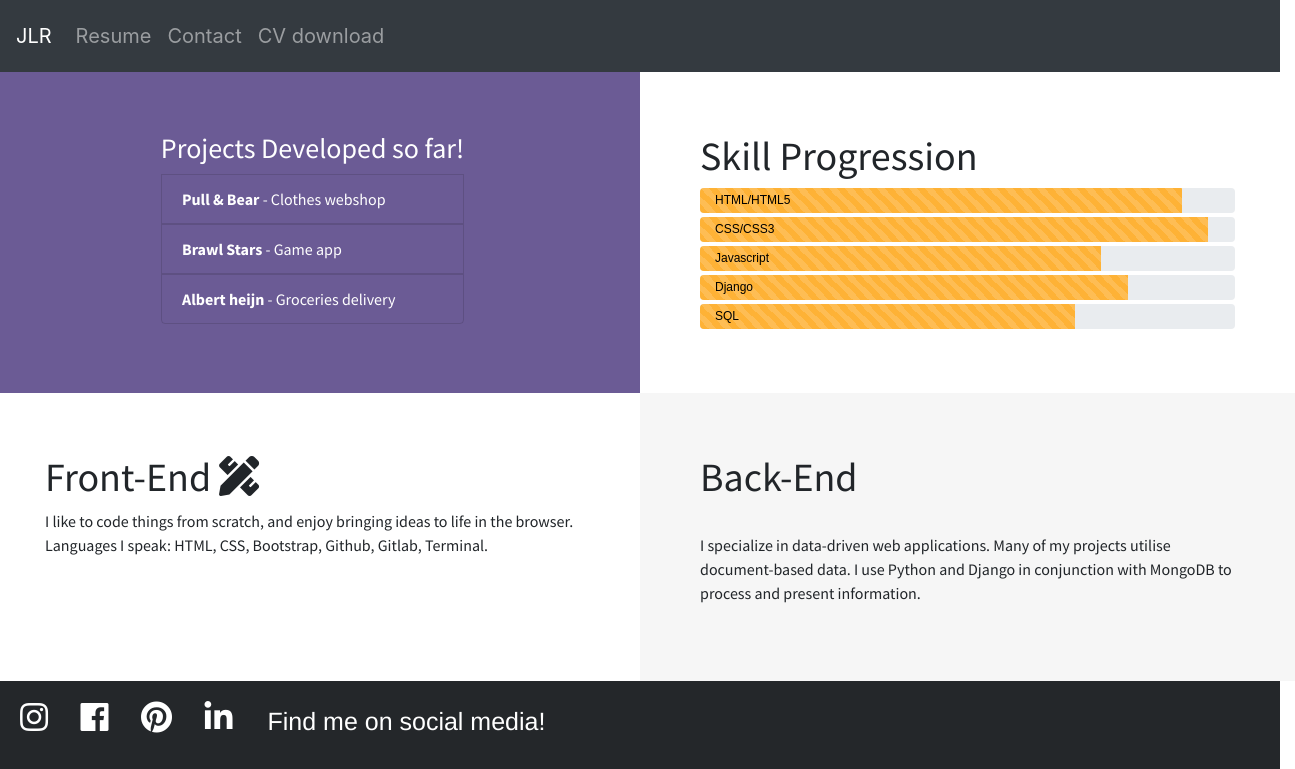
Repository: Kawaiisaki/Portfolio-site
Page: resume.html
The author's editor kept a record of every edit. The page is drawn from the files as they stood at one moment, then again after the next edit.
The browser window is 1280 px wide. The page is 1295 px wide, so the pictures cover 1295 px, including what lies to the right of the window. The pictures show the whole page.
Some icons come from a web library that is not loaded, so they are not drawn. Some web libraries are served in a nearby version.

Above is the page before.

After the next edit:
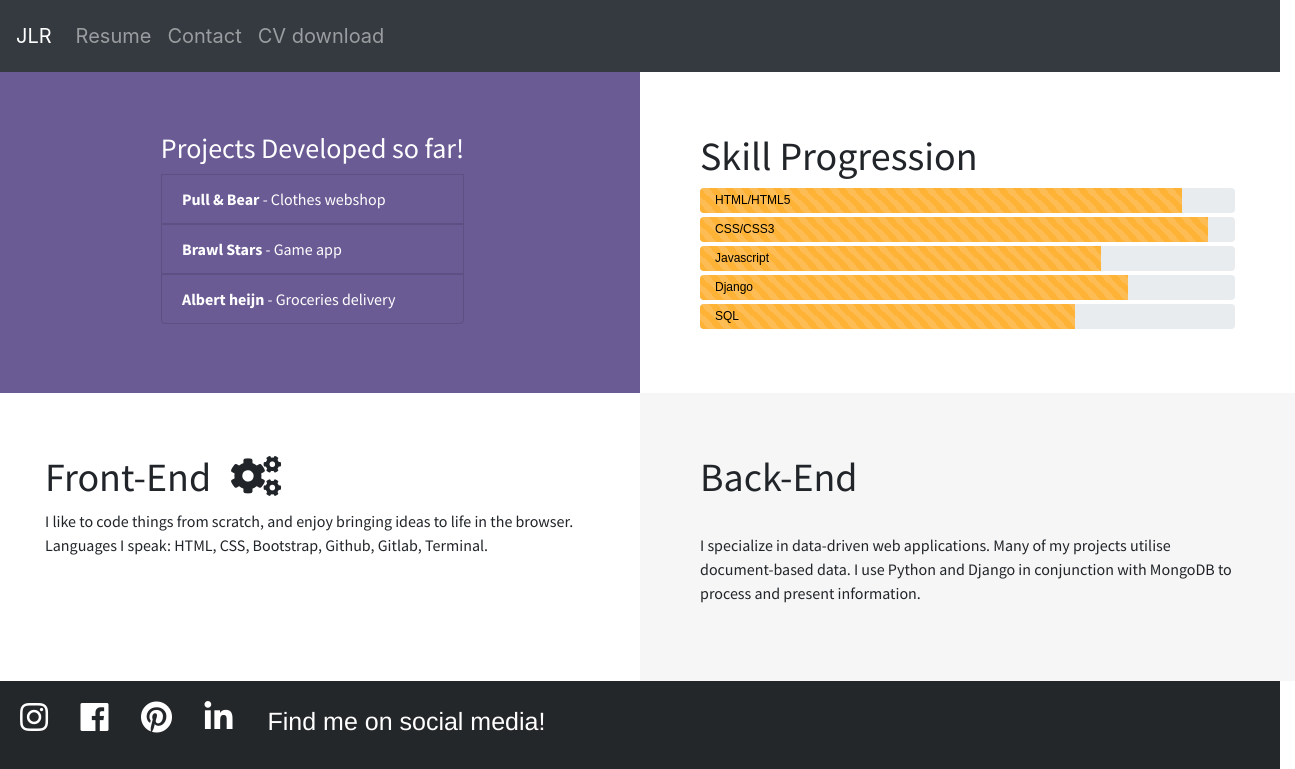
The edit:
--- a/resume.html
+++ b/resume.html
@@ -79,7 +79,7 @@
         <div class="container-fluid">
             <div class="row">
                 <div class="col front-end">
-                    <h1>Front-End <i class="fas fa-pencil-ruler"></i></h1>
+                    <h1>Front-End<i class="fas fa-cogs"></i></h1>
                     <p>I like to code things from scratch, and enjoy bringing ideas to life in the browser. Languages I speak: HTML, CSS, Bootstrap, Github, Gitlab, Terminal.
                     </p>
 
